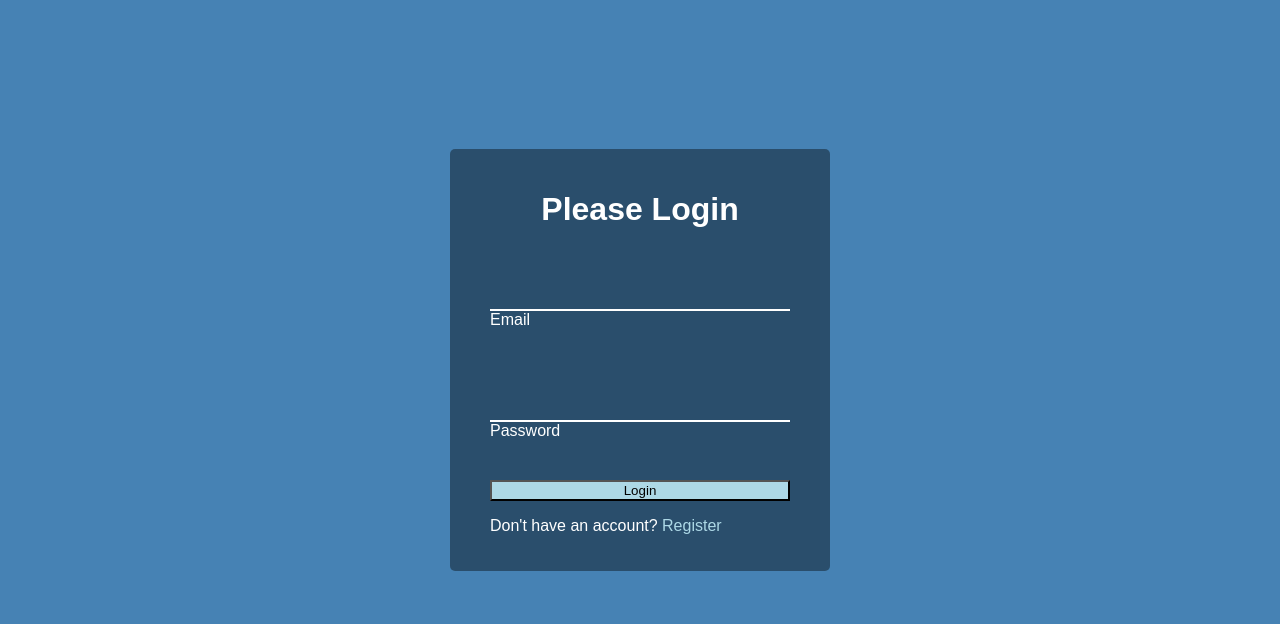
Repository: thecoachanna/form-animation
Page: index.html
The author's editor kept a copy of each file at every save. The page is drawn from the files as they stood at one save, then again after a run of saves.
The browser window is 1280 px wide. The pictures show the whole page.
Some web fonts or font styles are not loaded; a fallback is used.

Above is the page before, as saved 2023-02-26 09:59:35.

### index.html
<!DOCTYPE html>
<html lang="en">
<head>
    <meta charset="UTF-8">
    <meta http-equiv="X-UA-Compatible" content="IE=edge">
    <meta name="viewport" content="width=device-width, initial-scale=1.0">
    <link rel="stylesheet" href="style.css">
    <title>Wave Animation</title>
</head>
<body>
    <div class="container">
        <h1>Please Login</h1>
        <form>
            <div class="form-control">
                <input type="text" required>
                <label>Email</label>
            </div>
            <div class="form-control">
                <input type="password" required>
                <label>Password</label>
            </div>
            <button class="btn">Login</button>

            <p class="text">Don't have an account? <a href="#">Register</a></p>
        </form>
    </div>
    <script src="script.js"></script>
</body>
</html>

### style.css
@import url('https://fonts.googleapis.com/css?family=Muli&display=swap');


* {
    box-sizing: border-box;
}

body {
    background-color: steelblue;
    color: white;
    font-family: 'Muli', sans-serif;
    display: flex;
    flex-direction: column;
    align-items: center;
    justify-content: center;
    height: 100vh;
    overflow: hidden;
    margin: 0;
}

.container {
    background-color: rgba(0,0,0,0.4);
    padding: 20px 40px;
    border-radius: 5px;
}

.container h1 {
    text-align: center;
    margin-bottom: 30px;
}

.container a {
    text-decoration: none;
    color: lightblue;
}

.btn {
    cursor: pointer;
    display: inline-block;
    width: 100%;
    background-color: lightblue;

}

.form-control {
    position: relative;
    margin: 20px 0 40px;
    width: 300px;
}

.form-control input {
    background-color: transparent;
    border: 0;
    border-bottom: 2px #fff solid;
    display: block;
    width: 100%;
    padding: 15px 0;
    font-size: 18px;
    color: white;
}

.form-control input:focus,
.form-control input:valid {
    outline: 0;
}

Loaded but not shown: script.js (no copy from this time; the picture is the same without it)

After the next 3 saves:
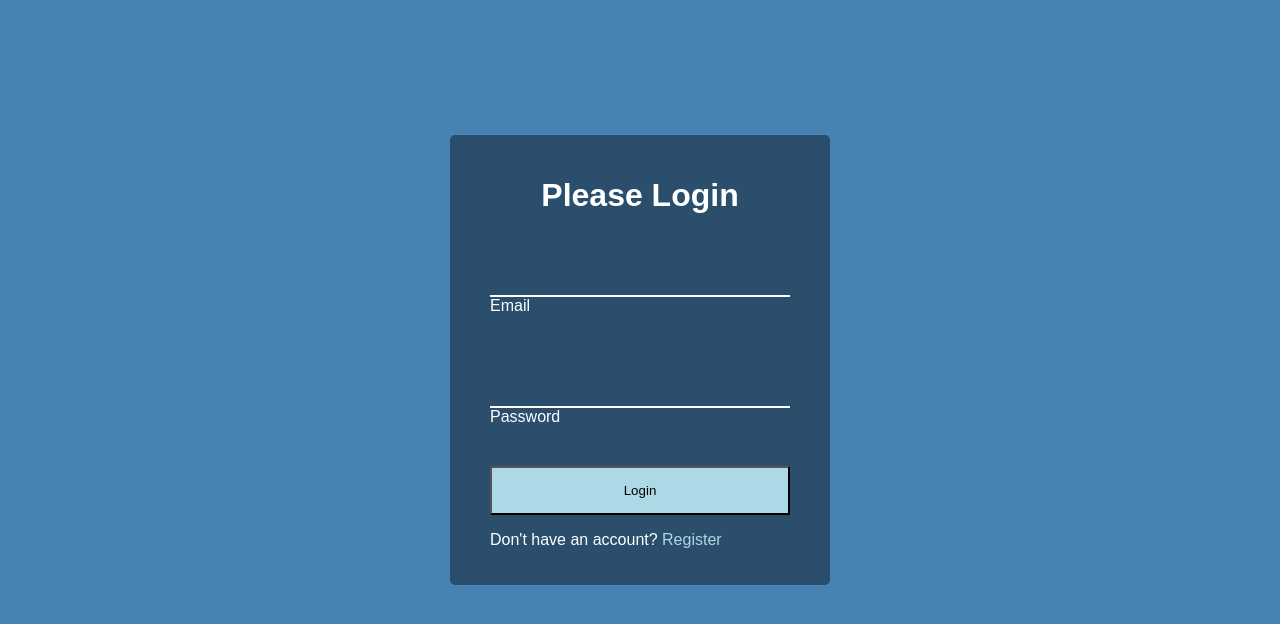
The 3 saves are shown as one change because they came seconds apart.
The last was saved 8 s later.
--- a/style.css
+++ b/style.css
@@ -39,7 +39,8 @@ body {
     display: inline-block;
     width: 100%;
     background-color: lightblue;
-
+    padding: 15px;
+    fon
 }
 
 .form-control {
